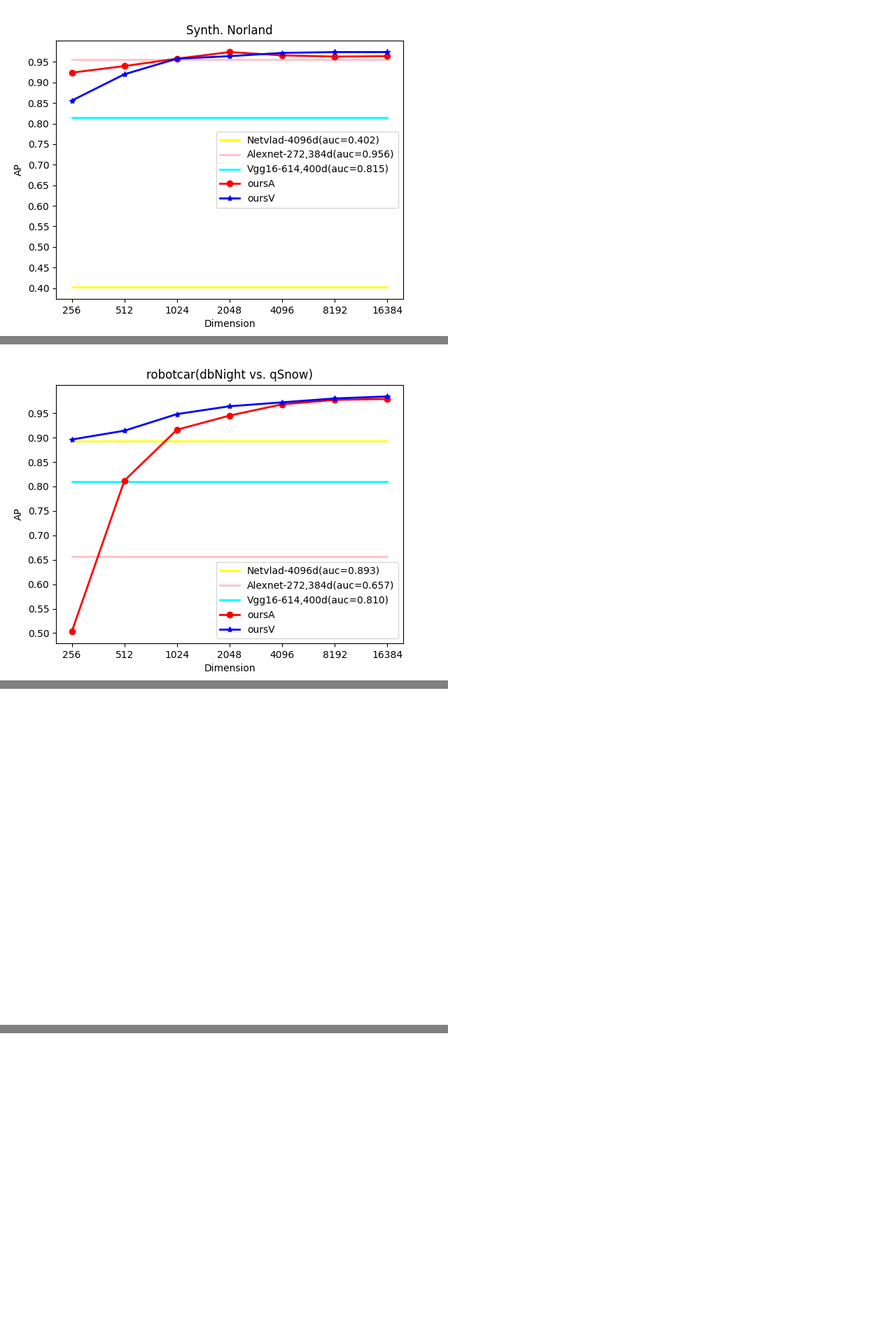
Repository: MedlarTea/CAE-VPR
Script's output: python examples/evaluator/evaluate_convAuto.py
These files come from the project's save history. The script's output is drawn as it stood at one moment and after a run of saves; the edit follows.
The pictures show rows 0 to 1920 of an output 1956 px tall, at 70% of full size.
Each picture stacks the figures in order, with grey between them; figures that are only written to a file come last. Random numbers start from a fixed seed.

Above is the script's output before, as saved 2021-04-13 20:48:42.

After the next 2 saves:
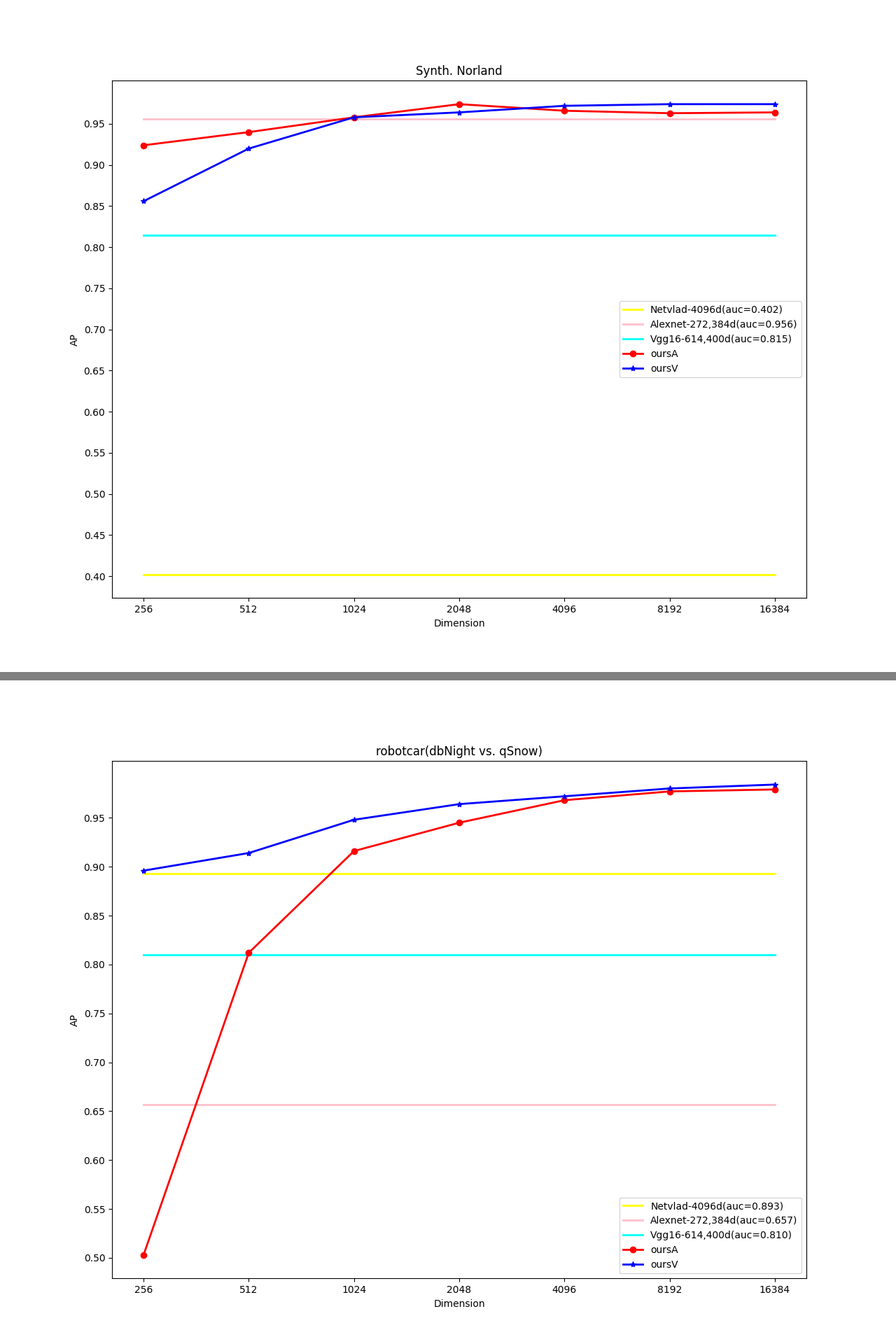
The 2 saves are shown as one change because 1 did not build or start.
The last was saved 10 min 40 s later.
--- a/examples/evaluator/evaluate_convAuto.py
+++ b/examples/evaluator/evaluate_convAuto.py
@@ -7,7 +7,7 @@
     alexnet_list = [alexnet]*len(dimensions)
     vgg16_list = [vgg16]*len(dimensions)
 
-    plt.figure()
+    plt.figure(figsize=(12.8, 9.6))
     plt.title('{}'.format(dataset))
     plt.xlabel('Dimension')
     plt.ylabel('AP')

After the save that followed:
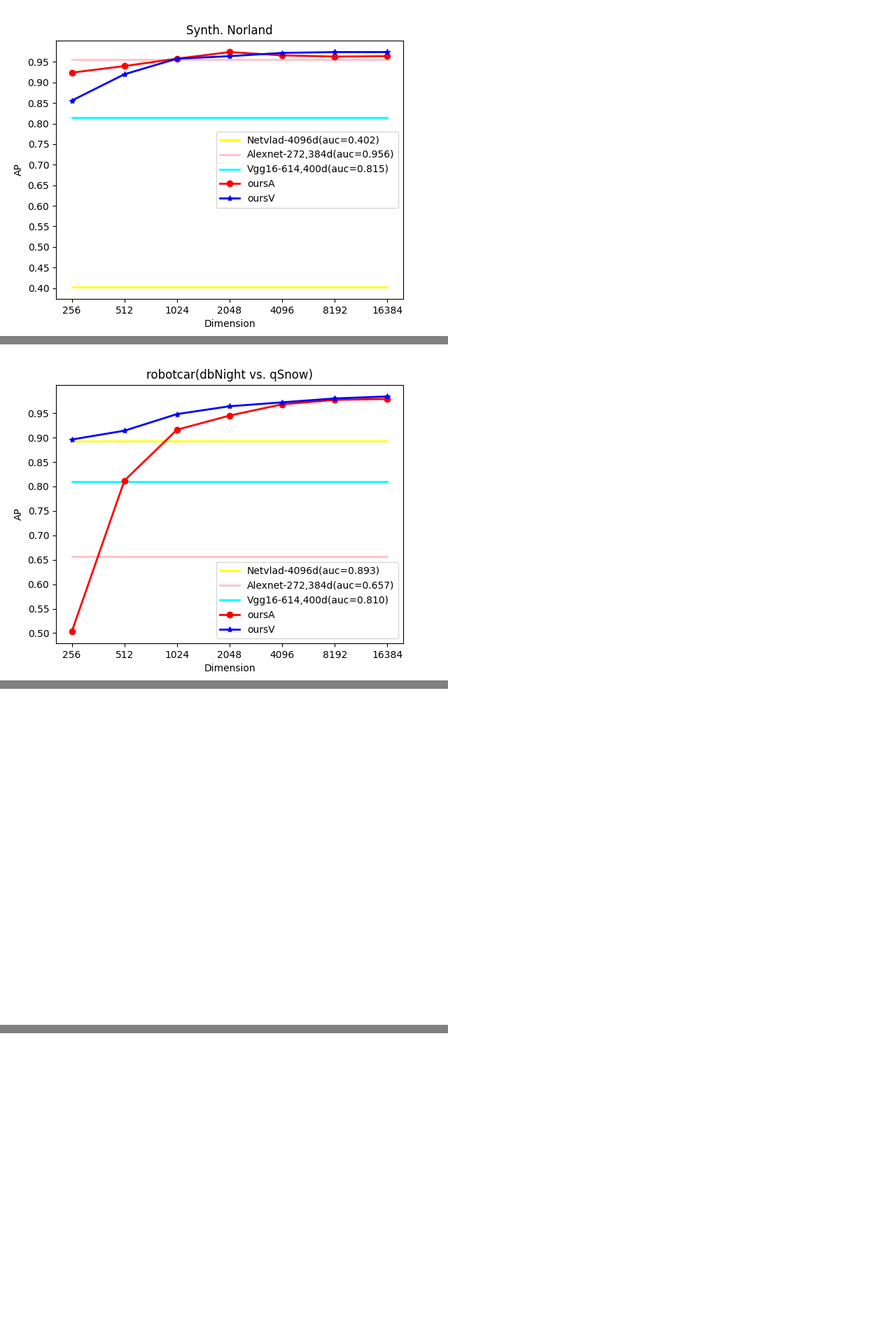
Saved 5 min 17 s later.
--- a/examples/evaluator/evaluate_convAuto.py
+++ b/examples/evaluator/evaluate_convAuto.py
@@ -7,7 +7,7 @@
     alexnet_list = [alexnet]*len(dimensions)
     vgg16_list = [vgg16]*len(dimensions)
 
-    plt.figure(figsize=(12.8, 9.6))
+    plt.figure()
     plt.title('{}'.format(dataset))
     plt.xlabel('Dimension')
     plt.ylabel('AP')
